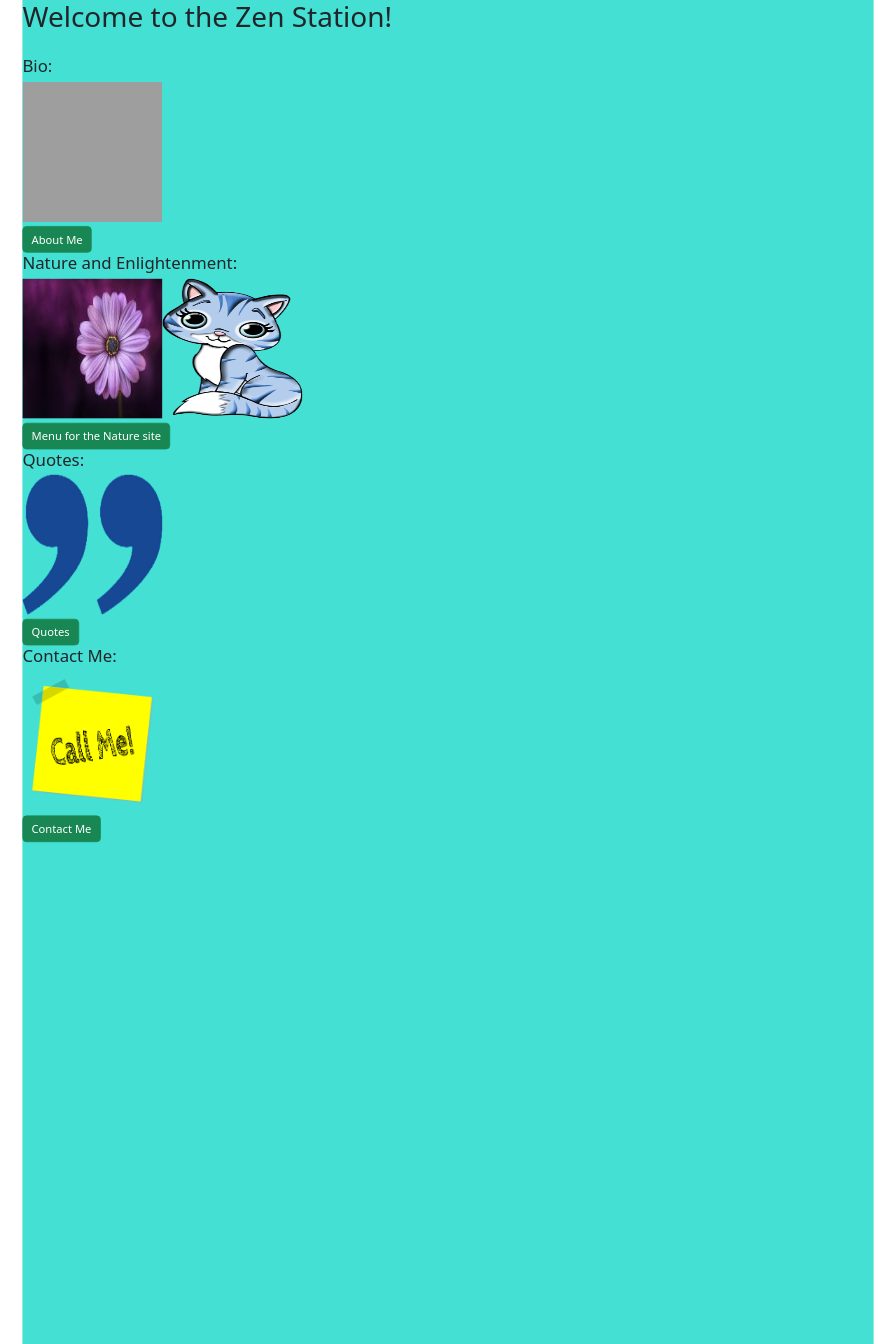
Repository: collegedude9300/zenstationnext
Page: /
These files come from the project's save history. The page is drawn as it stood at one moment and after the next save; the edit follows.
The browser window is 1280 px wide. The pictures show the part of the page from y = 0 to 1920 px (the page is 4320 px tall), at 70% of full size.
Pictures or frames that could not be fetched are drawn as grey boxes. The project was rebuilt for these pictures with package versions that can differ from the ones it lists, and the page was loaded fresh each time. The framework's server and built-in components were replaced by stand-ins that run in the browser. Also part of the build but not shown: next.config.js.

Above is the page before, as saved 2023-04-14 22:14:17.

### pages/_app.js
import '../styles/globals.css'
function MyApp({ Component, pageProps }) {
  return <Component {...pageProps} />
}
export default MyApp

### pages/index.js
import Head from 'next/head'
import Image from 'next/image'
import styles from '../styles/Home.module.css'
import 'bootstrap/dist/css/bootstrap.css'
import Link from 'next/link'
export default function Home() {
  return (
    <div className={styles.container}>
      <Head>
        <title>Create Next App</title>
        <meta name="description" content="Generated by create next app" />
        <link rel="icon" href="/favicon.png" />
      </Head>
      <main className={styles.pages}>
        <h1> Welcome to the Zen Station!</h1>
        <br/>
        <h4>Bio: </h4>
        <Image
          alt="A black book in a grey background."
          src="/bout.jpg"
          width={200}
          height={200}
          priority/>
        <br/>
        <Link href="/About">
          <a className="btn btn-success">About Me</a>
        </Link>
        <h4> Nature and Enlightenment: </h4>
        <Image  alt="A small purple flower ."src="/flower.jpg" width="200" height="200"/>
        <Image  alt="An animated blue cat."src="/cartooncat.png" width="200" height="200"/>
        <br/>
        <Link href="/MenuNature">
          <a className="btn btn-success">Menu for the Nature site</a>
        </Link>
        <h4> Quotes: </h4>
        <Image alt="asdf" src="/quotes.png" width="200" height="200"/>
        <br/>
        <Link href="/Quotes">
          <a className="btn btn-success">Quotes</a>
        </Link>
        <h4>Contact Me: </h4>
        <Image  alt="A yellow sticky note saying Call Me."src="/contact.png" width="200" height="200"/>
        <br/>
        <Link href="/Contact">
          <a className="btn btn-success">Contact Me</a>
        </Link>
      </main>
    </div>
  )
}

### styles/Home.module.css
.container {
  padding: 0 2rem;
}
.pages{
  background-color: #43e0d3;
  min-height: 600vh;
}

.quoteDiv {
  font-size: 50px;
  color: rgb(243, 14, 7);
}
.successMessage {

  color: green;
  font-size: 30px;
  display:none;
  margin-bottom:20px;
}
.login {
  min-height: 100vh;
  padding: 4rem 0;
  flex: 1;
  display: flex;
  flex-direction: column;
  justify-content: center;
  align-items: center;
  background-color: #ffc400;
}
.main {
  min-height: 100vh;
  padding: 4rem 0;
  flex: 1;
  display: flex;
  flex-direction: column;
  justify-content: center;
  align-items: center;
}
.aboutBio {

  margin: 0;
  line-height: 1.15;
  font-size: 4rem;
  text-align: center;
}
.footer {
  display: flex;
  flex: 1;
  padding: 2rem 0;
  border-top: 1px solid #eaeaea;
  justify-content: center;
  align-items: center;
}

.footer a {
  display: flex;
  justify-content: center;
  align-items: center;
  flex-grow: 1;
}

.title a {
  color: #0070f3;
  text-decoration: none;
}

.title a:hover,
.title a:focus,
.title a:active {
  text-decoration: underline;
}

.title {
  margin: 0;
  line-height: 1.15;
  font-size: 4rem;
}

.title,
.description {
  text-align: center;
}

.description {
  margin: 4rem 0;
  line-height: 1.5;
  font-size: 1.5rem;
}

.code {
  background: #fafafa;
  border-radius: 5px;
  padding: 0.75rem;
  font-size: 1.1rem;
  font-family: Menlo, Monaco, Lucida Console, Liberation Mono, DejaVu Sans Mono,
    Bitstream Vera Sans Mono, Courier New, monospace;
}

.grid {
  display: flex;
  align-items: center;
  justify-content: center;
  flex-wrap: wrap;
  max-width: 800px;
}

.card {
  margin: 1rem;
  padding: 1.5rem;
  text-align: left;
  color: inherit;
  text-decoration: none;
  border: 1px solid #eaeaea;
  border-radius: 10px;
  transition: color 0.15s ease, border-color 0.15s ease;
  max-width: 300px;
}

.card:hover,
.card:focus,
.card:active {
  color: #0070f3;
  border-color: #0070f3;
}

.card h2 {
  margin: 0 0 1rem 0;
  font-size: 1.5rem;
}

.card p {
  margin: 0;
  font-size: 1.25rem;
  line-height: 1.5;
}

.logo {
  height: 1em;
  margin-left: 0.5rem;
}

@media (max-width: 600px) {
  .grid {
    width: 100%;
    flex-direction: column;
  }
}

@media (prefers-color-scheme: dark) {
  .card,
  .footer {
    border-color: #222;
  }
  .code {
    background: #111;
  }
  .logo img {
    filter: invert(1);
  }
}

Loaded but not shown: styles/globals.css (common file)

After the next save:
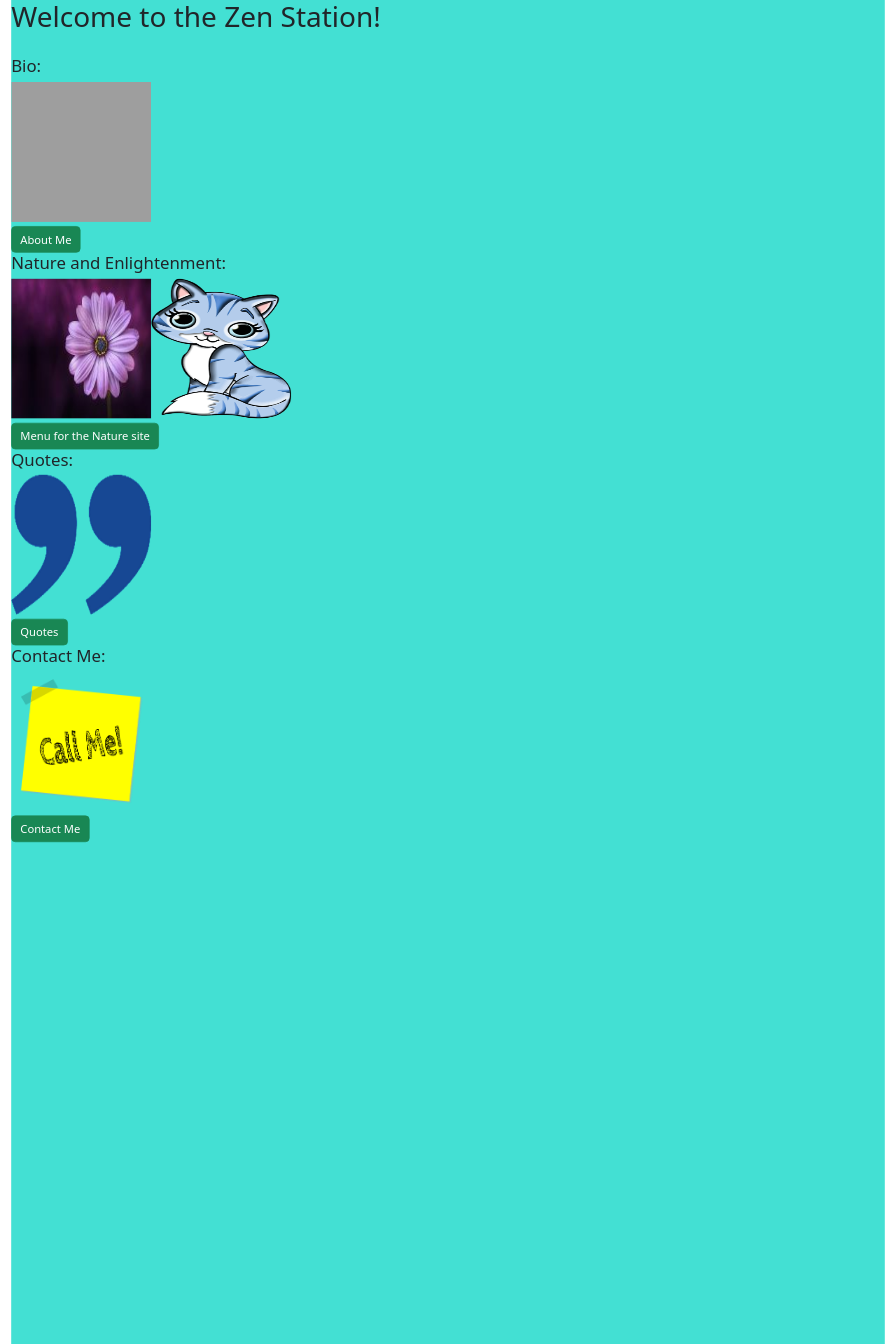
Saved 6 s later.
--- a/styles/Home.module.css
+++ b/styles/Home.module.css
@@ -1,5 +1,5 @@
 .container {
-  padding: 0 2rem;
+  padding: 0 1rem;
 }
 .pages{
   background-color: #43e0d3;
